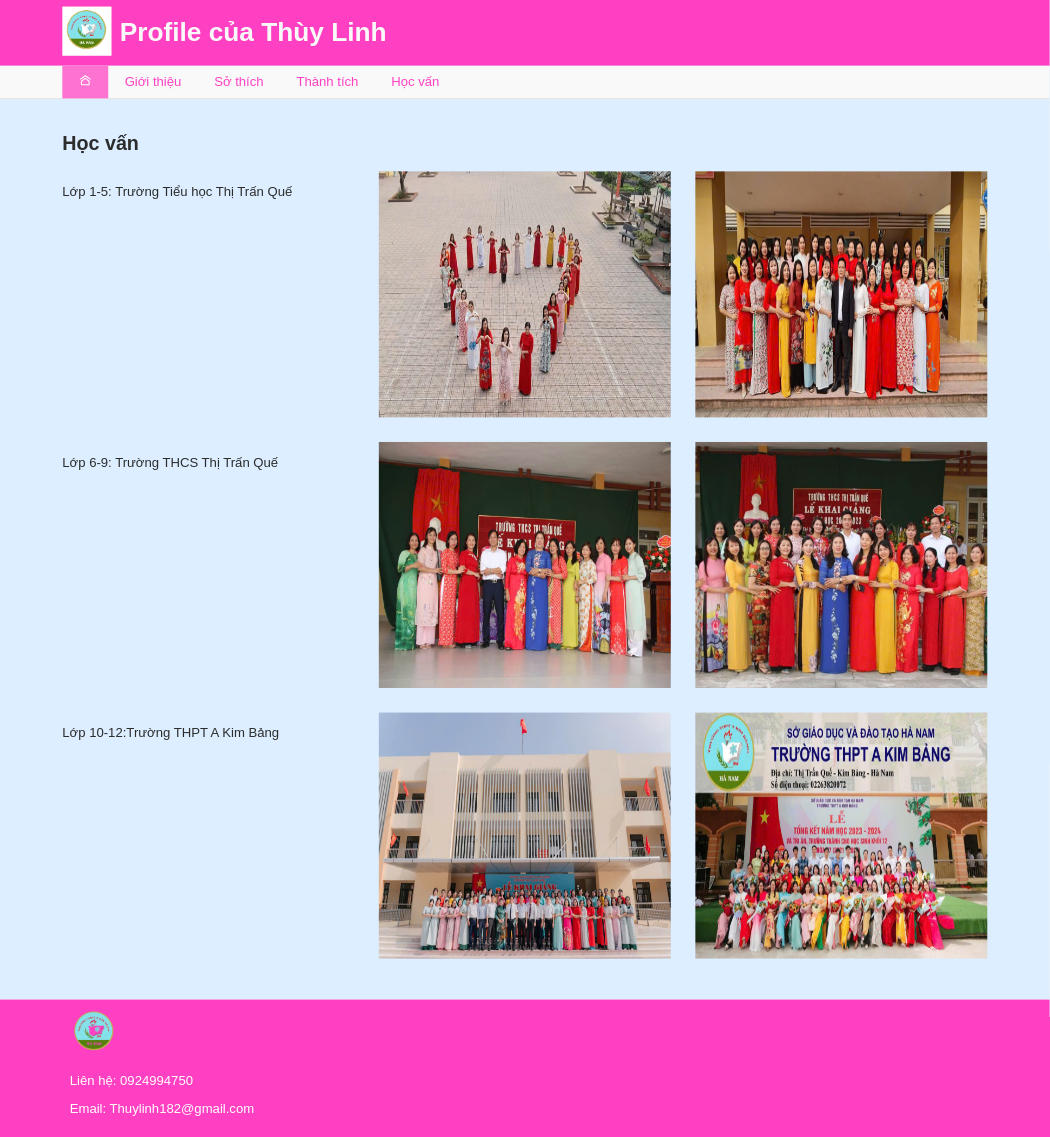
Repository: DucLong-PD07979/profile-vu-thuy-linh
Page: hoc-van.html
An editor plug-in stored every save of this project. The page is shown before and after a run of saves, followed by the edit.
The browser window is 1280 px wide. The pictures show the whole page, at 82% of full size.

Above is the page before, as saved 2025-03-13 22:18:56.
Not found: script.js

### hoc-van.html
<!DOCTYPE html>
<html lang="vi">
    <head>
        <meta charset="UTF-8" />
        <meta name="viewport" content="width=device-width, initial-scale=1.0" />
        <title>Profile của Thùy Linh</title>
        <link rel="stylesheet" href="./css/main.css" />
        <script defer src="script.js"></script>
    </head>
    <body>
        <header>
            <div class="container">
                <div class="logo">
                    <img src="./images/anh-doan-3.jpg" alt="Logo" />
                </div>
                <h1>Profile của Thùy Linh</h1>
            </div>
        </header>
        <div class="menu-list">
            <div class="container">
                <nav>
                    <ul>
                        <li>
                            <a href="./index.html" class="active">
                                <svg
                                    xmlns="http://www.w3.org/2000/svg"
                                    viewBox="0 0 24 24"
                                    fill="currentColor"
                                >
                                    <path
                                        d="M12.5812 2.68627C12.2335 2.43791 11.7664 2.43791 11.4187 2.68627L1.9187 9.47198L3.08118 11.0994L11.9999 4.7289L20.9187 11.0994L22.0812 9.47198L12.5812 2.68627ZM19.5812 12.6863L12.5812 7.68627C12.2335 7.43791 11.7664 7.43791 11.4187 7.68627L4.4187 12.6863C4.15591 12.874 3.99994 13.177 3.99994 13.5V20C3.99994 20.5523 4.44765 21 4.99994 21H18.9999C19.5522 21 19.9999 20.5523 19.9999 20V13.5C19.9999 13.177 19.844 12.874 19.5812 12.6863ZM5.99994 19V14.0146L11.9999 9.7289L17.9999 14.0146V19H5.99994Z"
                                    ></path>
                                </svg>
                            </a>
                        </li>
                        <li>
                            <a href="./ban-than.html">Giới thiệu</a>
                            <ul class="menu-children">
                                <li><a href="./ban-than.html">Bản thân</a></li>
                                <li><a href="./gia-dinh.html">Gia đình</a></li>
                            </ul>
                        </li>
                        <li><a href="./so-thich.html">Sở thích</a></li>
                        <li><a href="./thanh-tich.html">Thành tích</a></li>
                        <li><a href="./hoc-van.html">Học vấn</a></li>
                    </ul>
                </nav>
            </div>
        </div>
        <section id="education">
            <div class="container">
                <h2>Học vấn</h2>
                <div class="education-section-content">
                    <div class="box">
                        <p>Lớp 1-5: Trường Tiểu học Thị Trấn Quế</p>
                        <img src="./images/anh-lop-1.jpg" alt="" />
                        <img src="./images/anh-lop-1-2.jpg" alt="" />
                    </div>
                    <div class="box">
                        <p>Lớp 6-9: Trường THCS Thị Trấn Quế</p>
                        <img src="./images/anh-lop-9-1.jpg" alt="" />
                        <img src="./images/anh-lop-9-2.jpg" alt="" />
                    </div>
                    <div class="box">
                        <p>Lớp 10-12:Trường THPT A Kim Bảng</p>
                        <img src="./images/anh-lop-12-1.jpg" alt="" />
                        <img src="./images/anh-lop12-2.jpg" alt="" />
                    </div>
                </div>
            </div>
        </section>
        <footer>
            <div class="container">
                <div class="logo">
                    <img
                        src="./images/anh-doan-3-removebg-preview.png"
                        alt="Logo"
                    />
                </div>
                <p>Liên hệ: 0924994750</p>
                <p>Email: Thuylinh182@gmail.com</p>
            </div>
        </footer>
    </body>
</html>
<!-- https://profile-vu-thuy-linh.vercel.app/ -->

### css/main.css
* {
    box-sizing: border-box;
}

body {
    font-family: Arial, sans-serif;
    margin: 0;
    padding: 0;
    background-color: #f9f9f9;
    color: #2c2c2c;
}

.container {
    margin: 0 5%;
    padding: 0 12px;
}

header {
    background-color: #ff40c2;
    color: #f9f9f9;
}

header .container {
    display: flex;
    align-items: center;
}

.logo img {
    width: 60px;
    height: 60px;
    margin-right: 10px;
}

.menu-list {
    color: #ff40c2;
    border-bottom: 1px solid #d6d6d6;
}

nav ul {
    list-style: none;
    padding: 0;
    display: flex;
    align-items: center;
    margin: 0;
}

nav ul li {
    display: inline;
    position: relative;
}

nav ul li a {
    color: #ff40c2;
    text-decoration: none;
    padding: 10px 20px;
    display: block;
    font-size: 16px;
    transition: all 0.1s linear;
}

nav ul li a.active {
    background-color: #fe73d2;
}

nav ul li a svg {
    width: 16px;
    height: 16px;
    color: #ffffff;
}

nav ul li a:hover {
    color: white;
    background-color: #fe73d2;
}

.menu-children {
    position: absolute;
    z-index: 9;
    top: 100%;
    display: none;
    background-color: #f9f9f9;
}

nav ul li:hover .menu-children {
    display: block;
}

.participation-section {
    display: grid;
    gap: 10px;
    grid-template-columns: 1fr 1fr 1fr 1fr 1fr;
}

.item-1 {
    grid-column: 1 / 5;
    display: grid;
    grid-template-columns: 1fr 1fr;
    gap: 10px;
    width: 100%;
}

.item-2 {
    grid-column: 5 / 6;
}

.participation-section .item-1 img {
    width: 100%;
    height: 300px;
}

.participation-section .item-2 img {
    width: 100%;
    height: 240px;
    margin-bottom: 10px;
}

.participation-content {
    width: 100%;
}

.participation-content a {
    color: #404042;
    display: block;
    padding: 6px 0;
}

.participation-content a:hover {
    color: #fe73d2;
    text-decoration: underline;
}

/* giới thiệu bản thân */
#introduce-section {
    background-color: #fbdce2;
    width: 100%;
    padding: 20px 0;
}

.introduce-section-content {
    display: grid;
    grid-template-columns: 1fr 1fr;
    gap: 10px;
    align-items: center;
}

.introduce-section-content .box .gallery {
    width: 100%;
}

.introduce-section-content .box .gallery img {
    width: 100%;
    height: 400px;
    object-fit: fill;
}

.introduce-section-content .item-3 {
    grid-column: 1 /3;
    display: grid;
    gap: 20px;
    grid-template-columns: 1fr 1fr 1fr;
}

.introduce-section-content img {
    width: 100%;
    height: 600px;
    margin: 50px 0;
}

.introduce-section-content .box p {
    font-size: 18px;
}
/* gia dinh */

#family-section {
    background-color: #e8d5f3;
    width: 100%;
    padding: 20px 0;
}

.family-section-content {
    display: grid;
    grid-template-columns: 1fr 1fr 1fr 1fr;
    gap: 10px;
}

.family-section-content .box img {
    width: 100%;
    height: 340px;
    object-fit: fill;
}

.family-section-content .box p {
    font-size: 18px;
}

/* thanh tich */

#achievements {
    background-color: #eeeeeb;
    width: 100%;
    padding: 20px 0;
}

.achievements-section-content {
    display: grid;
    grid-template-columns: 1fr 1fr;
    gap: 10px;
}

.achievements-section-content .box img {
    width: 100%;
    height: 400px;
}

.achievements-section-content .box p {
    font-size: 18px;
}

/* học vấn */
#education {
    background-color: #dceeff;
    width: 100%;
    padding: 20px 0;
    min-height: 500px;
}

.education-section-content .box {
    display: grid;
    grid-template-columns: 1fr 1fr 1fr;
    gap: 30px;
    margin-bottom: 30px;
}

.education-section-content .box img {
    width: 100%;
    height: 300px;
    object-fit: fill;
}

/* sở thích */
.hobbies-section-content .images {
    display: flex;
    gap: 10px;
    display: grid;
    grid-template-columns: 1fr 1fr 1fr;
}

.hobbies-section-content .images {
    width: 100%;
    margin-top: 120px;
    margin-bottom: 120px;
}

.hobbies-section-content .images img {
    width: 100%;
    height: 100%;
}

footer {
    background-color: #ff40c2;
    color: white;
    padding: 10px;
}

After the next 2 saves:
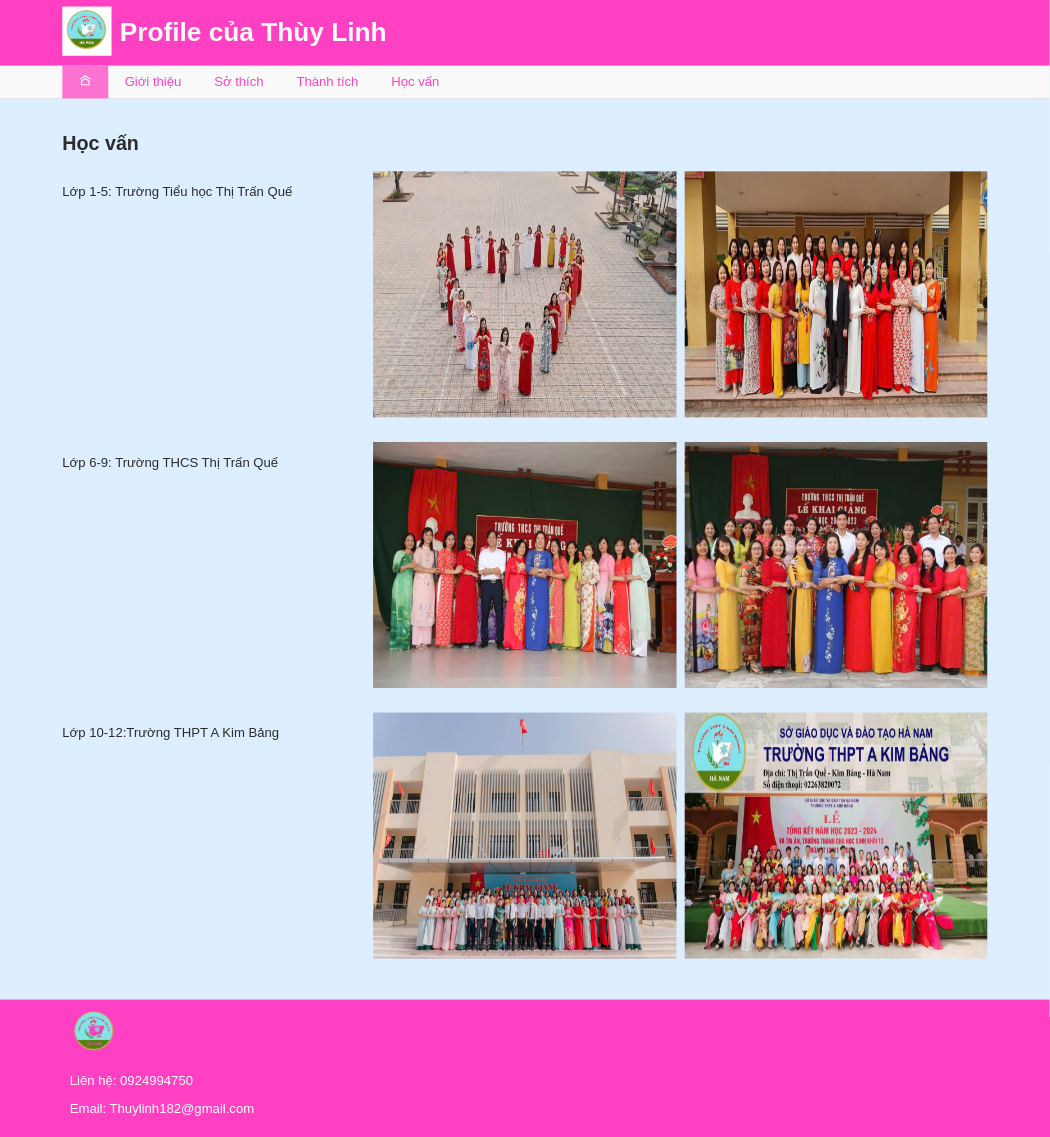
The 2 saves are shown as one change because they came seconds apart.
The last was saved 7 s later.
--- a/css/main.css
+++ b/css/main.css
@@ -227,7 +227,7 @@ nav ul li:hover .menu-children {
 .education-section-content .box {
     display: grid;
     grid-template-columns: 1fr 1fr 1fr;
-    gap: 30px;
+    gap: 10px;
     margin-bottom: 30px;
 }
 
